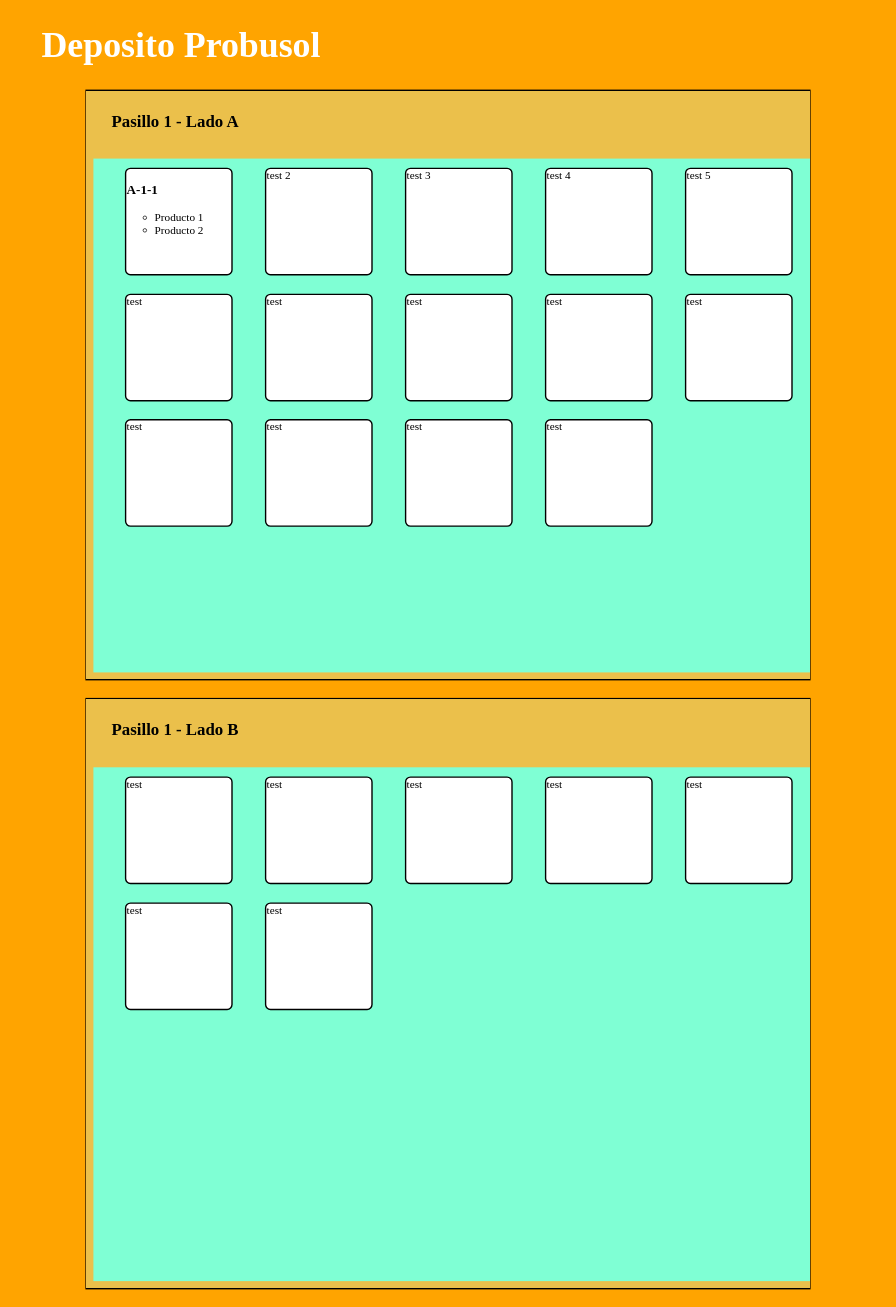
Repository: Franzcod/DepoStock_Web
Page: index.html
The author's editor kept a copy of each file at every save. The page is drawn from the files as they stood at one save, then again after the next save.
The browser window is 1280 px wide. The pictures show the whole page, at 70% of full size.

Above is the page before, as saved 2020-06-07 18:49:32.
Console error: ReferenceError: ur is not defined

### index.html
<!DOCTYPE html>
<html lang="en">
<head>
    <meta charset="UTF-8">
    <meta name="viewport" content="width=device-width, initial-scale=1.0">
    <title>Deposito Probusol</title>

    <link rel="stylesheet" href="estilo/estilo.css">
</head>
<body>

    <div class="titulo">
        <h1>Deposito Probusol</h1>
    </div>


    <div class="app">
        <h2>Pasillo 1 - Lado A</h2>

        <ul class="hs">
            <li class="item">
                <h3 class="tituloPos">A-1-1</h3>
                <ul class="listaProduc">
                    <li class="producto"> Producto 1</li>
                    <li class="producto"> Producto 2</li>
                </ul>
            </li>
            <li class="item">test 2</li>
            <li class="item">test 3</li>
            <li class="item">test 4</li>
            <li class="item">test 5</li>
            <li class="item">test 6</li>
            <li class="item">test 7</li>
            <li class="item">test 8</li>
            <li class="item">test 9</li>
            <li class="item">test</li>
            <li class="item">test</li>
            <li class="item">test</li>
            <li class="item">test</li>
            <li class="item">test</li>
            <li class="item">test</li>
            <li class="item">test</li>
            <li class="item">test</li>
            <li class="item">test</li>
            <li class="item">test</li>
            <li class="item">test</li>
            <li class="item">test</li>
            <li class="item">test</li>
            <li class="item">test</li>
            <li class="item">test</li>

        </ul>

        <!-- <div class="container">
            <div class="item">
            <h3>Block for context</h3>
            </div>
        </div> -->
    </div>

    <div class="app">
        <h2>Pasillo 1 - Lado B</h2>

        <ul class="hs">
            <li class="item">test</li>
            <li class="item">test</li>
            <li class="item">test</li>
            <li class="item">test</li>
            <li class="item">test</li>
            <li class="item">test</li>
            <li class="item">test</li>
            <li class="item">test</li>
            <li class="item">test</li>
            <li class="item">test</li>
            <li class="item">test</li>
            <li class="item">test</li>

        </ul>

        <!-- <div class="container">
            <div class="item">
            <h3>Block for context</h3>
            </div>
        </div> -->
    </div>






    <script>ur</script>

</body>







</html>

### estilo/estilo.css
html{
    background-color: rgba(255, 164, 0, 1);
}

.titulo{
    margin: 2vw 4vw;
    align-items: flex-start;
    color: #fff;
    font-size: 2vw;
}


:root {
--gutter: 20px;
}

.app {
    padding: 10px;
    display: grid;
    grid-gap: var(--gutter) 0;
    border: 2px solid black;
    /* grid-template-columns: var(--gutter) 1fr var(--gutter);  */
    align-content: start;
    width: 80%;
    height: 75%;
    background: rgb(235, 192, 75);
    /* overflow-y: scroll; */
    margin: 2vw auto;
    overflow-x: auto;
}


.hs {
    display: grid;
    grid-template-columns: repeat(10, 1fr);
    grid-template-rows: repeat(4, 1fr);
    overflow-x: auto;
    /* scroll-snap-type: x proximity; */
    padding-bottom: calc(.75 * var(--gutter));
    background-color: aquamarine;
    width: 2000px;
    align-items: center;
    margin: auto;
}

h2{
    margin-left: 2vw;
}


.item {
    /* scroll-snap-align: center; */
    /* padding: 2px;  */
    display: flex;
    flex-direction: column;
    justify-content: start;
    align-items: flex-start;
    background: #fff;
    border: 2px solid black;
    border-radius: 8px;
    height: 150px;
    width: 150px;
    margin: 1vw 5px;

}


.tituloPos{
    margin: center;
}

After the next save:
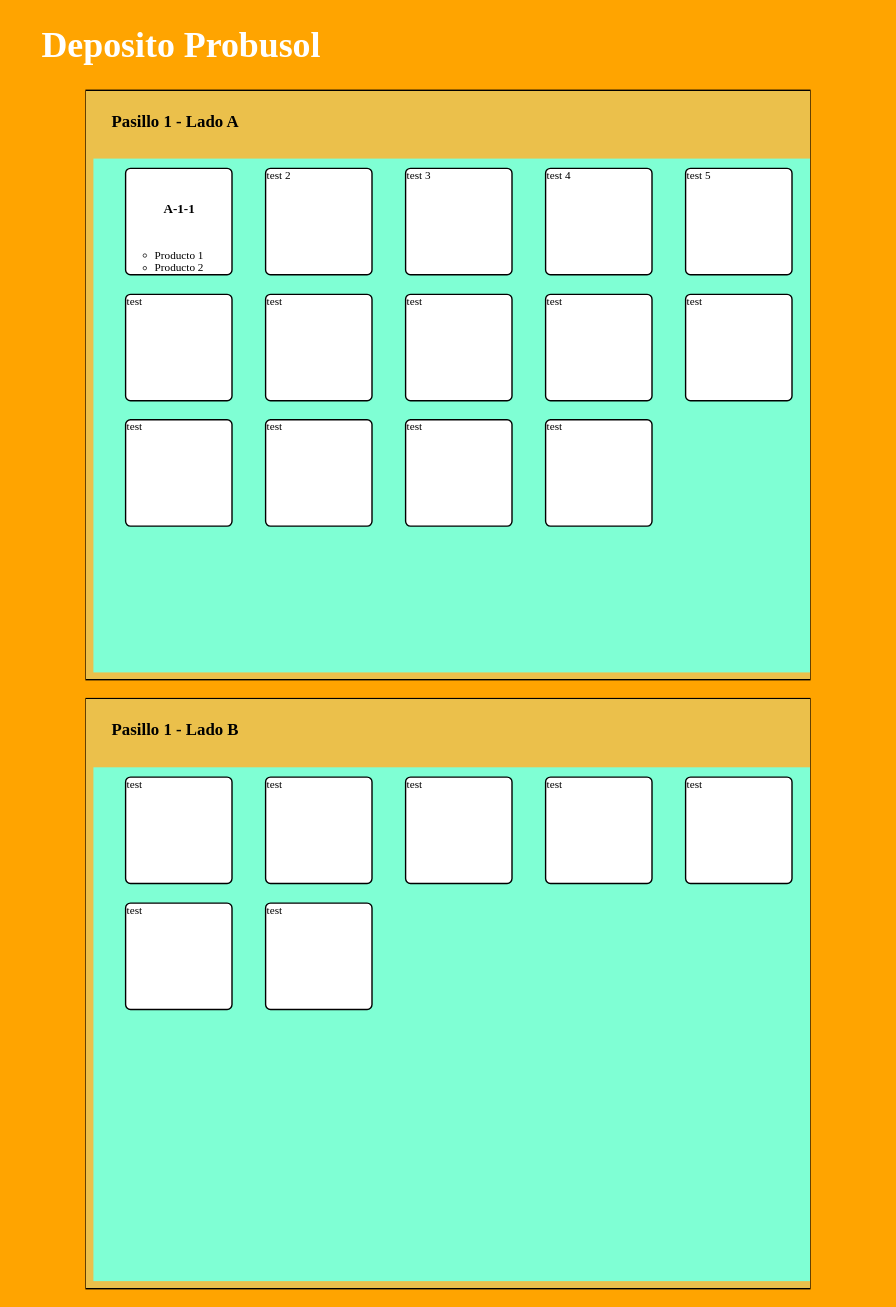
Saved 24 s later.
--- a/estilo/estilo.css
+++ b/estilo/estilo.css
@@ -66,5 +66,5 @@ h2{
 
 
 .tituloPos{
-    margin: center;
+    margin:  auto ;
 }
